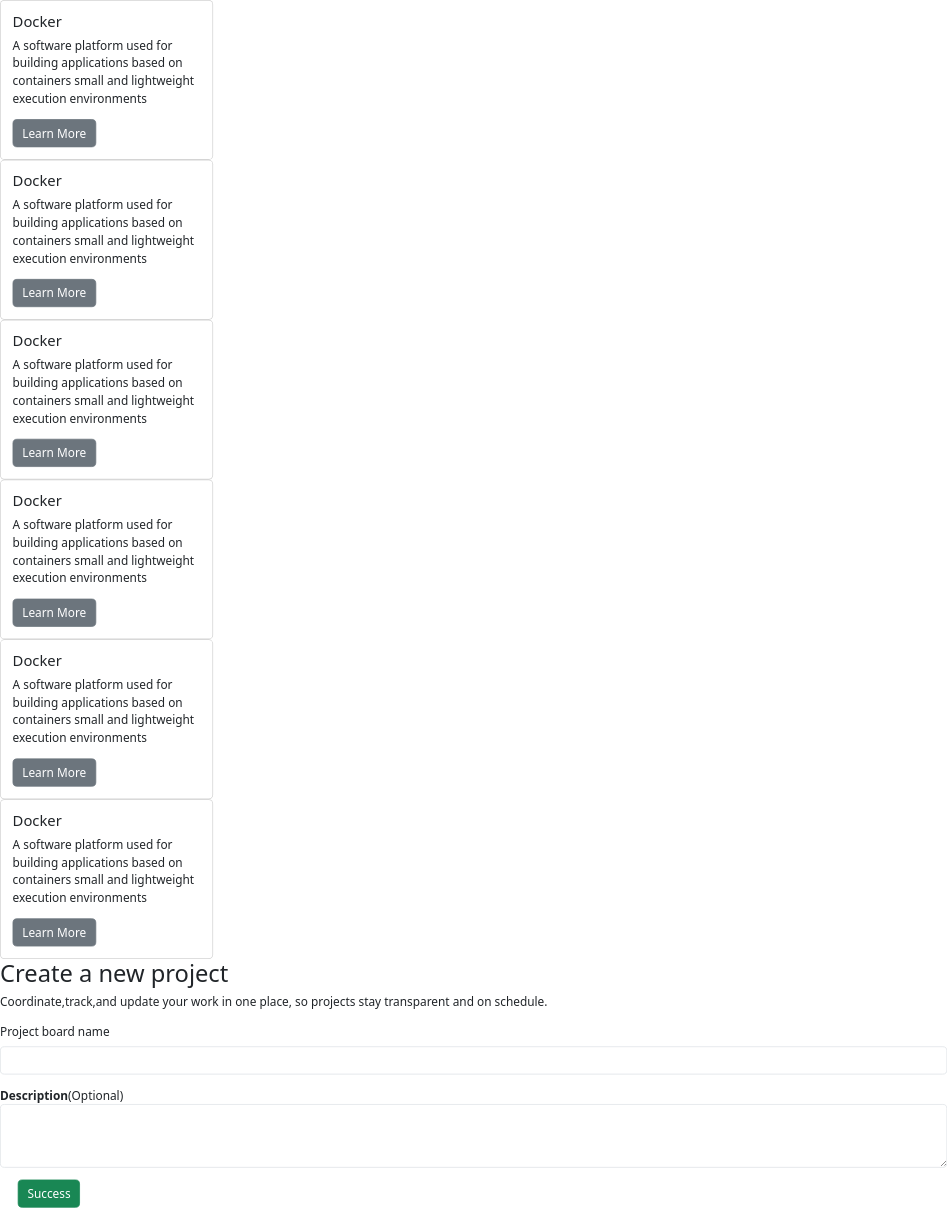
Repository: NSS-Evening-25-Cohort/e25-gitsub-control-alt-defeat
Page: index.html
An editor plug-in stored every save of this project. The page is shown before and after the next save, followed by the edit.
The browser window is 1280 px wide. The pictures show the whole page, at 74% of full size.

Above is the page before, as saved 2023-11-07 19:22:10.

After the next save:
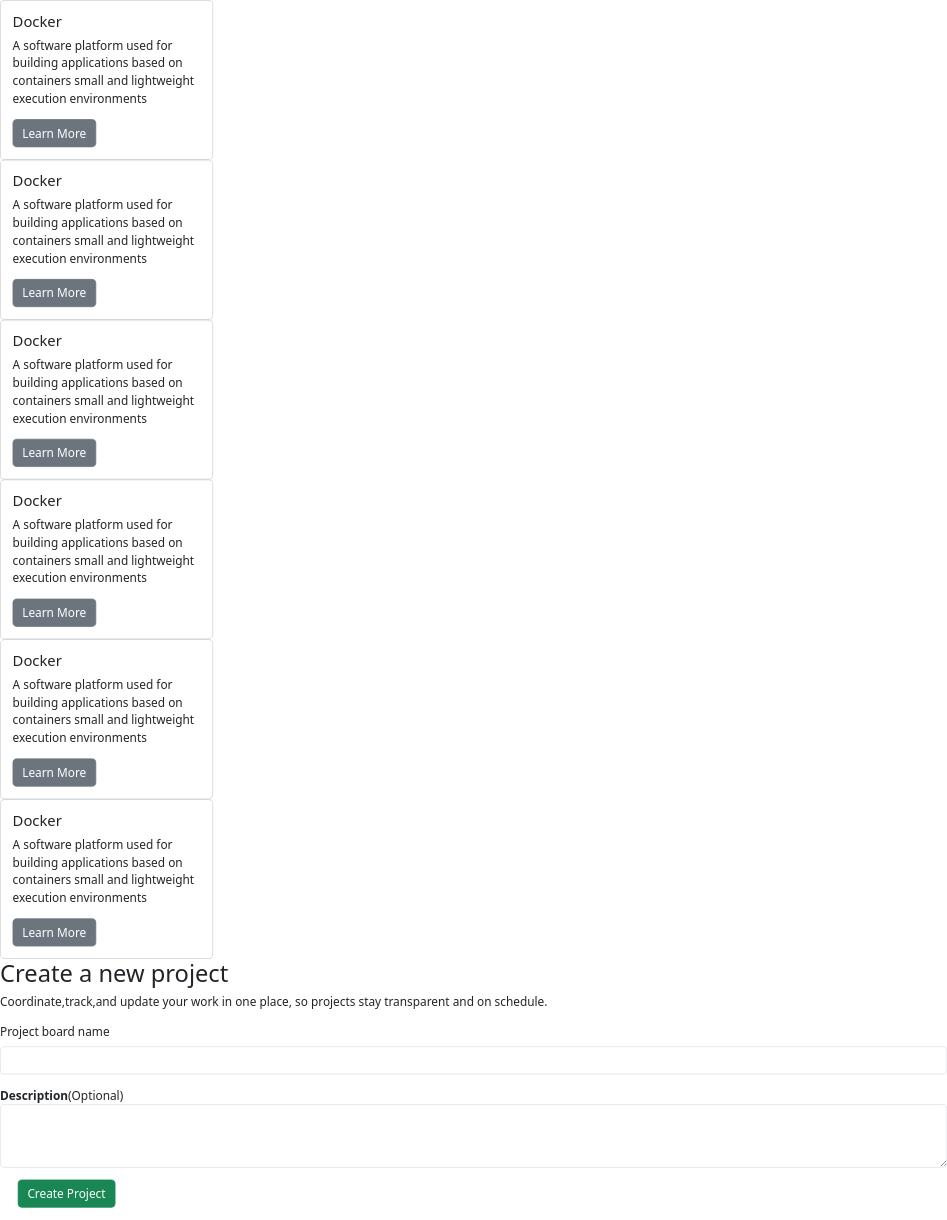
Saved 9 s later.
--- a/index.html
+++ b/index.html
@@ -29,7 +29,7 @@
       </div>
       </div>
       <div class="mb-3 form-check">
-        <button type="submit" class="btn btn-success">Success</button>
+        <button type="submit" class="btn btn-success">Create Project</button>
     </form>
 
     <script src="main.js"></script>
--- a/main.css
+++ b/main.css
@@ -62,5 +62,5 @@
   flex-wrap: wrap;
 }
 .footer {
-
+  display:flex
 }
